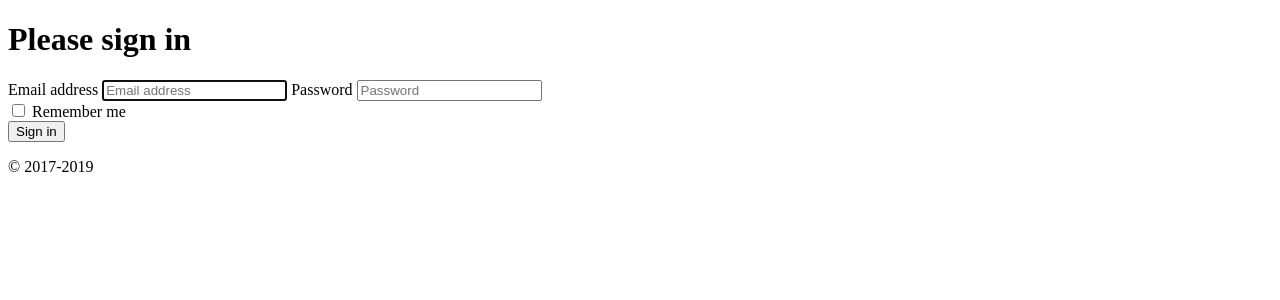
Repository: tinawu0603/cs4550-sp2020-whiteboard-springboot
Page: whiteboard/src/main/webapp/login/login.template.client.html
An editor plug-in stored every save of this project. The page is shown before and after the next save, followed by the edit.
The browser window is 1280 px wide. The pictures show the whole page.

Above is the page before, as saved 2020-01-15 21:53:40.

### whiteboard/src/main/webapp/login/login.template.client.html
<!DOCTYPE html>
<html>
<head>
<meta charset="ISO-8859-1">
<title>Insert title here</title>
</head>
<body>
	<form class="form-signin">
		<h1 class="h3 mb-3 font-weight-normal">Please sign in</h1>
		<label for="inputEmail" class="sr-only">Email address</label>
		<input type="email" id="inputEmail" class="form-control"
			placeholder="Email address" required="" autofocus=""
		>
		<label for="inputPassword" class="sr-only">Password</label>
		<input type="password" id="inputPassword" class="form-control"
			placeholder="Password" required=""
		>
		<div class="checkbox mb-3">
			<label>
				<input type="checkbox" value="remember-me">
				Remember me
			</label>
		</div>
		<button class="btn btn-lg btn-primary btn-block" type="submit">Sign
			in</button>
		<p class="mt-5 mb-3 text-muted">© 2017-2019</p>
	</form>

</body>
</html>

After the next save:
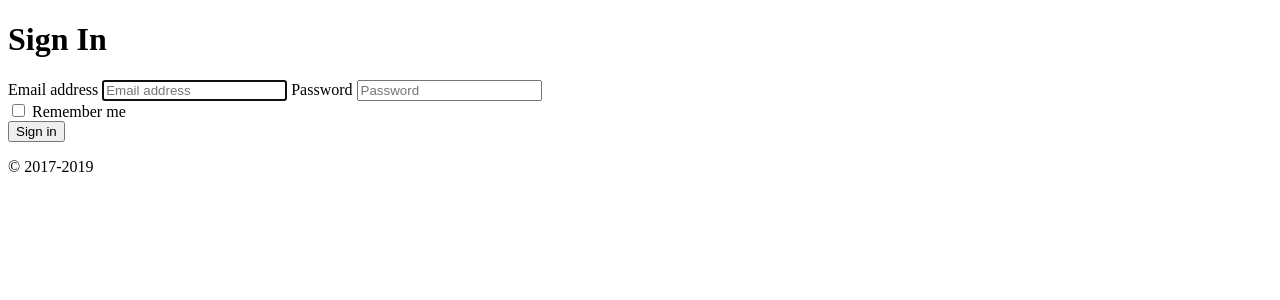
Saved 8 s later.
--- a/whiteboard/src/main/webapp/login/login.template.client.html
+++ b/whiteboard/src/main/webapp/login/login.template.client.html
@@ -6,7 +6,7 @@
 </head>
 <body>
 	<form class="form-signin">
-		<h1 class="h3 mb-3 font-weight-normal">Please sign in</h1>
+		<h1 class="h3 mb-3 font-weight-normal">Sign In</h1>
 		<label for="inputEmail" class="sr-only">Email address</label>
 		<input type="email" id="inputEmail" class="form-control"
 			placeholder="Email address" required="" autofocus=""
